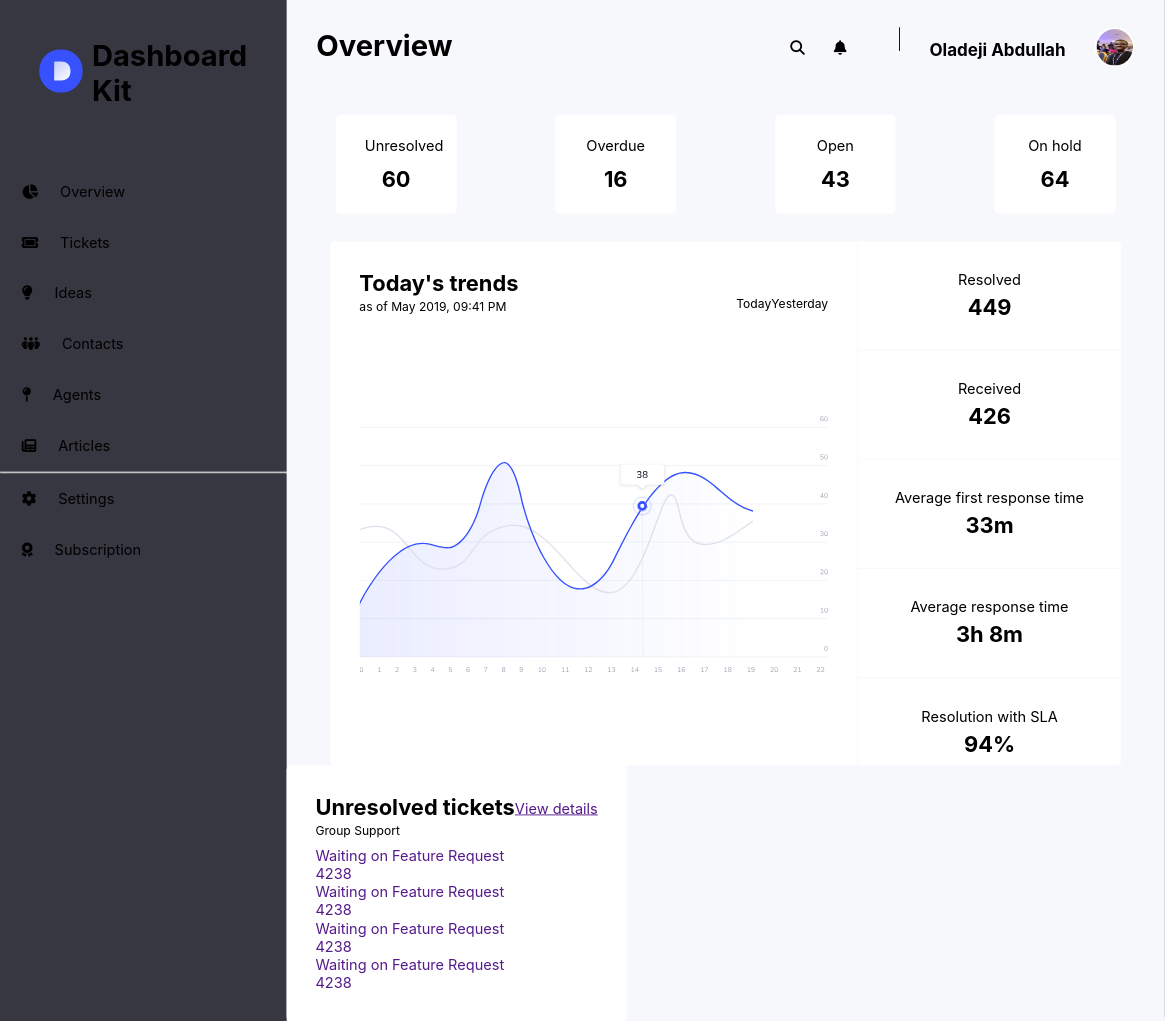
Repository: BuduCE/dashboard
Page: /
The author's editor kept a copy of each file at every save. The page is drawn from the files as they stood at one save, then again after a run of saves.
The browser window is 1280 px wide. The pictures show the whole page, at 91% of full size.
Some web libraries are served in a nearby version. The project was rebuilt for these pictures with package versions that can differ from the ones it lists, and the page was loaded fresh each time.

Above is the page before, as saved 2022-08-04 08:00:33.

After the next 7 saves:
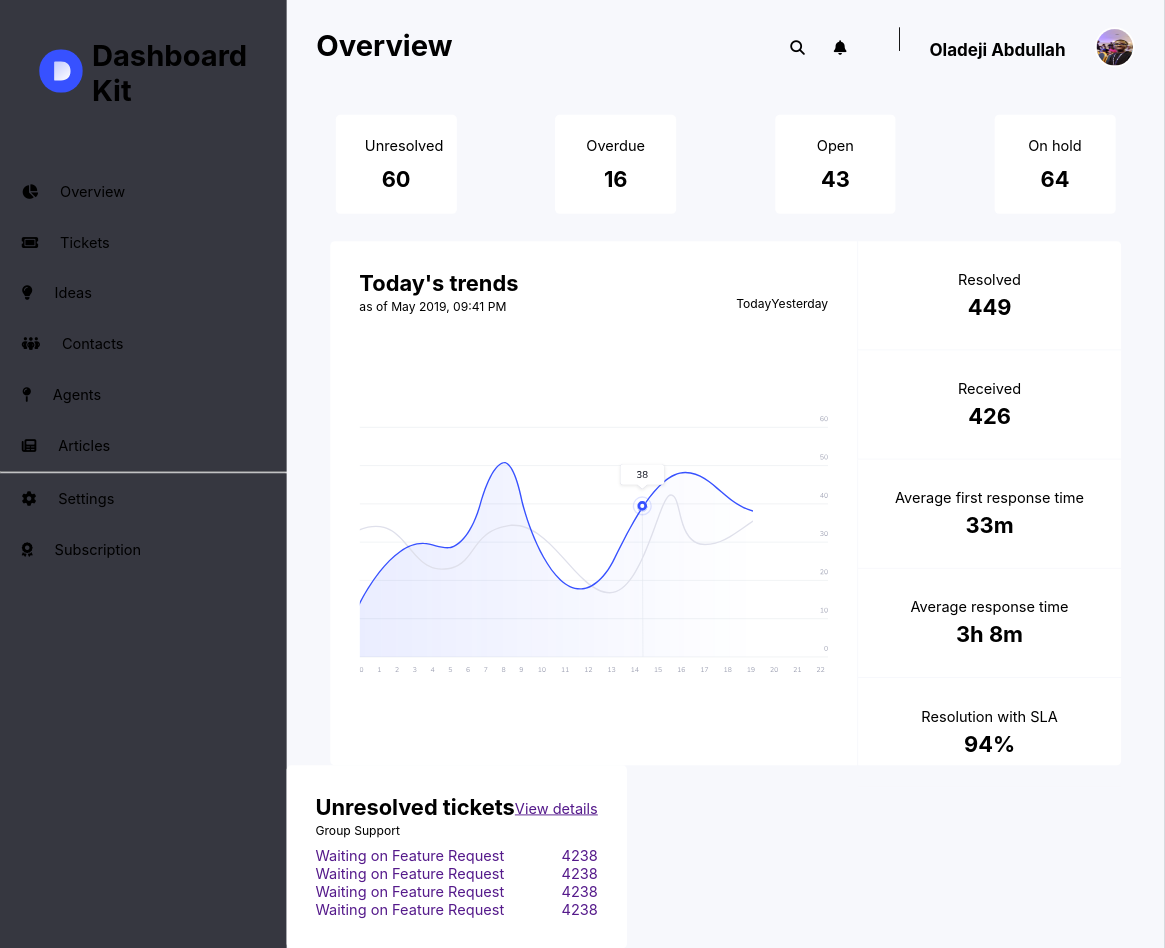
The 7 saves are shown as one change because they came seconds apart.
The last was saved 19 s later.
--- a/src/pages/Overview/styles.css
+++ b/src/pages/Overview/styles.css
@@ -88,5 +88,8 @@
 }
 .ticket_list a{
     text-decoration: none;
-    display: ;
+    display: flex;
+    justify-content: space-between;
+    align-items: center;
+
 }
